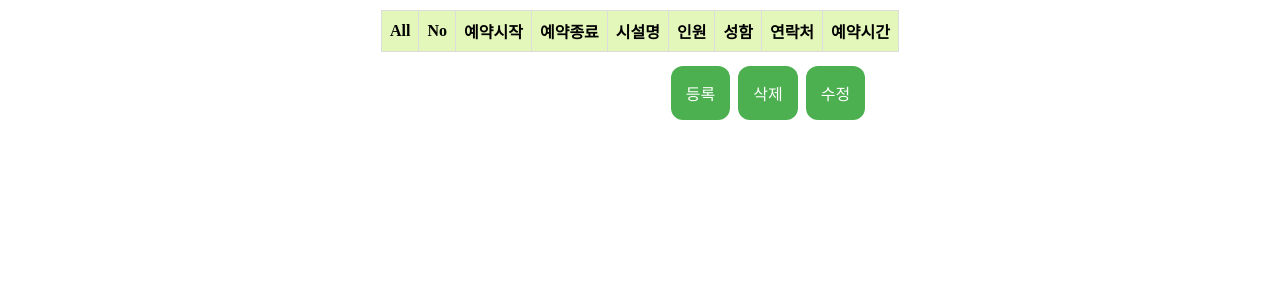
Repository: psyoongsc/SogongDo_Facility
Page: http://localhost/SogongDo_Management_System/Reservation_Mgmt/InquiryReserveView.jsp
An editor plug-in stored every save of this project. The page is shown before and after the next save, followed by the edit.
The browser window is 1280 px wide. The pictures show the whole page.
The page is served by Tomcat 9. Nobody is signed in. The application's start-up code is not run.

Above is the page before, as saved 2020-06-25 16:38:30.

After the next save:
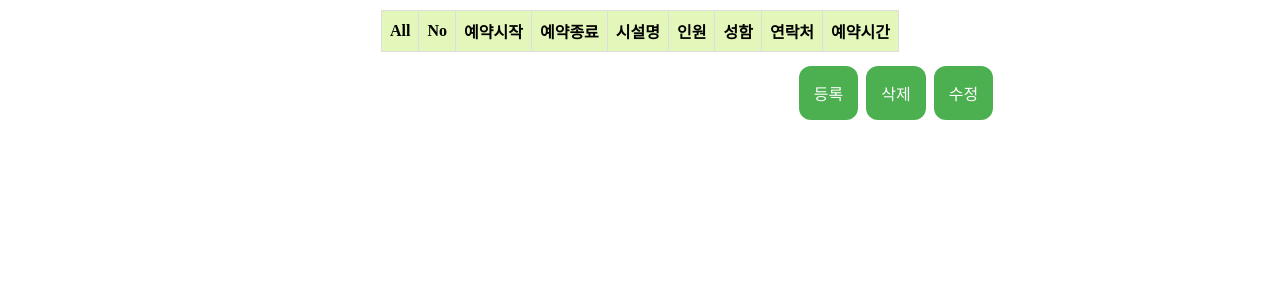
Saved 12 s later.
--- a/SogongDo_Management_System/WebContent/Reservation_Mgmt/InquiryReserveView.jsp
+++ b/SogongDo_Management_System/WebContent/Reservation_Mgmt/InquiryReserveView.jsp
@@ -45,7 +45,7 @@
 		    border-radius: 12px;
 		    background-color: #4CAF50;
 		    border: none;
-		    left: 10%;
+		    left: 20%;
 		    color: white;
 		    padding: 15px;
 		    text-align: center;
